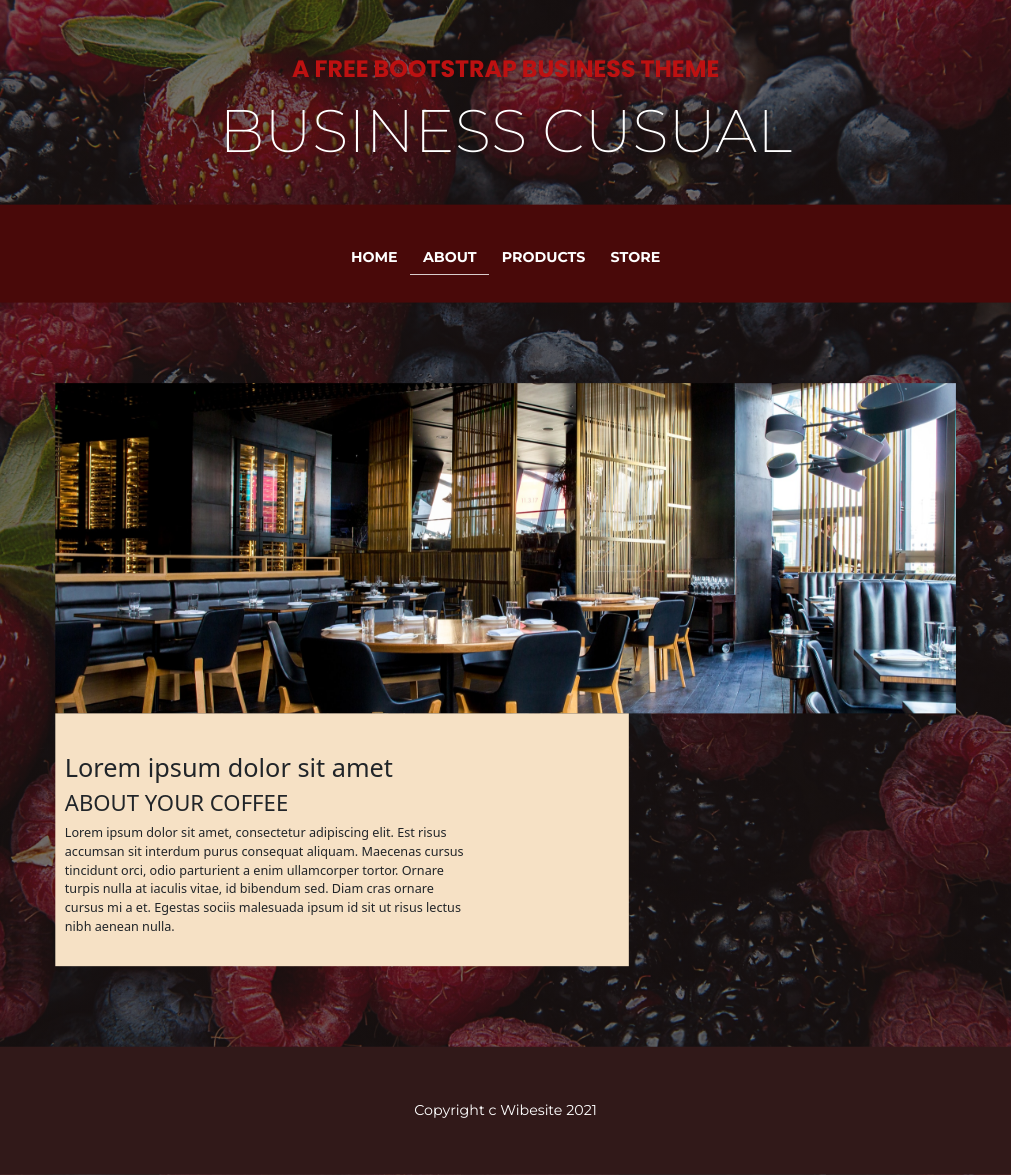
Repository: wadelfadill/tache_7_Business_bootstrap_theme
Page: about.html
An editor plug-in stored every save of this project. The page is shown before and after the next save, followed by the edit.
The browser window is 1280 px wide. The pictures show the whole page, at 79% of full size.

Above is the page before, as saved 2023-04-28 09:41:07.

### about.html
<!DOCTYPE html>
<html lang="en">
<head>
    <meta charset="UTF-8">
    <meta http-equiv="X-UA-Compatible" content="IE=edge">
    <meta name="viewport" content="width=device-width, initial-scale=1.0">
    <!------ title of website ------>
    <title>Business website</title>
    <!------ Bootstrap cdn link ------>
    <link href="https://cdn.jsdelivr.net/npm/bootstrap@5.1.3/dist/css/bootstrap.min.css" rel="stylesheet" integrity="sha384-1BmE4kWBq78iYhFldvKuhfTAU6auU8tT94WrHftjDbrCEXSU1oBoqyl2QvZ6jIW3" crossorigin="anonymous">
    <!------- css link -------------->
    <link rel="stylesheet" href="css/style.css">
    <link rel="stylesheet" href="css/about_style.css">
    <!---------Google Fonts links ---------->
    <link rel="preconnect" href="https://fonts.googleapis.com">
    <link rel="preconnect" href="https://fonts.gstatic.com" crossorigin>
    <link href="https://fonts.googleapis.com/css2?family=Montserrat:wght@100;200;400;700&family=Poppins:wght@700&display=swap" rel="stylesheet">

</head>
<body>
    <!-- ========== Start Header Section ========== -->
    <header id="header">
        <h2 class="first_title text-center">A FREE BOOTSTRAP BUSINESS THEME</h2>
        <h1 class="second_title text-center">BUSINESS CUSUAL</h1>
        <!-- ========== Start navbar  Section ========== -->
        <nav class="my-auto mt-5">
            <div class="container my-auto">
                <ul class="nav justify-content-center">
                    <li class="nav-item">
                      <a class="nav-link" aria-current="page" href="index.html">HOME</a>
                    </li>
                    <li class="nav-item">
                      <a class="nav-link active" href="about.html">ABOUT</a>
                    </li>
                    <li class="nav-item">
                      <a class="nav-link" href="product.html">PRODUCTS</a>
                    </li>
                    <li class="nav-item">
                      <a class="nav-link" href="store.html">STORE</a>
                    </li>
                </ul>
            </div>
        </nav>
        <!-- ========== End navbar  Section ========== -->
    </header>
    <!-- ========== End Header Section ========== -->
    <!-- ========== Start Main Section ========== -->
    <main>
      <section id="section">
        <div class="container">
          <div class="row d-flex flex-column">
            <div class="col-12 photo">

            </div>
            <div class="col-12 box">
              <h2 class="text-start">Lorem ipsum dolor sit amet</h2>
              <h3 class="text-start">ABOUT YOUR COFFEE</h3>
              <p>
                Lorem ipsum dolor sit amet, consectetur adipiscing elit.
                Est risus <br> accumsan sit interdum purus consequat aliquam.
                Maecenas cursus<br> tincidunt orci, odio parturient a enim ullamcorper tortor.
                Ornare <br>turpis nulla at iaculis vitae, id bibendum sed. Diam cras ornare<br>  cursus mi a et.
                Egestas sociis malesuada ipsum id sit ut risus lectus <br> nibh aenean nulla.
              </p>
            </div>
          </div>
        </div>
      </section>
    </main>
    <!-- ========== End Main Section ========== -->
    <footer id="footer">
        <p class="text-center">Copyright c Wibesite 2021</p>
    </footer>



    <!------ Bootstrap script -------->
    <script src="https://cdn.jsdelivr.net/npm/bootstrap@5.1.3/dist/js/bootstrap.bundle.min.js" integrity="sha384-ka7Sk0Gln4gmtz2MlQnikT1wXgYsOg+OMhuP+IlRH9sENBO0LRn5q+8nbTov4+1p" crossorigin="anonymous"></script>
</body>
</html>

### css/style.css
/* ===== General ====== */

:root{
    --red-color: #BD1111;
    --bg-red:#490909;
    --white-color: #FFFFFF;
    --black-color: #000000;
    --bg-beize:#F6E1C5;
    --bg-red-black: #311919;
    --bg-red-opac:rgba(165, 52, 43, 0.69);
    --red-border: #CD5449;
}
*{
    margin: 0;
    padding: 0;
}
body{
    padding: 0;
    margin: 0;
    background-image: linear-gradient(rgba(34, 24, 24, 0.6), rgba(34, 24, 24, 0.6)), url("../images/1.jpeg");
    background-position: center;
    background-size: cover;
    background-repeat: no-repeat;
}
/* ===== squelette ====== */
/* ===== header section ====== */
/* ===== header titles ======= */
#header .first_title{
    font-family: 'Poppins';
    font-style: normal;
    font-weight: 700;
    font-size: 30px;
    line-height: 45px;
    color: var(--red-color);
    margin-top: 65px;
}
#header .second_title{
    font-family: 'Montserrat';
    font-style: normal;
    font-weight: 200;
    font-size: 76px;
    line-height: 93px;
    color: var(--white-color);
}
/* ====== header navbar ======*/
#header nav{
    background: var(--bg-red);
    height: 124px;
}
#header nav ul li{
    margin-top: 48px;
}
#header nav a{
    font-family: 'Montserrat';
    font-style: normal;
    font-weight: 700;
    font-size: 18px;
    line-height: 22px;
    color: var(--white-color);
}
#header nav a.active{
    padding-bottom: 10px;
    border-bottom: 1px solid white;
}
/* ==== Main section ==========*/
/* main{
    height: 1000px;
} */
/* ====== footer section ====== */
#footer{
    height: 162px;
    background: var(--bg-red-black);
    padding-top: 70px;
}
#footer p{
    font-family: 'Montserrat';
    font-style: normal;
    font-weight: 400;
    font-size: 18px;
    line-height: 22px;
    color: var(--white-color);
}


/* ===== responsive css ======*/
@media screen and (max-width:550px) {
    #header .second_title{
        font-size: 30px;
    }
    #header nav{
        height: max-content;
        padding-bottom: 40px;
    }
}

### css/about_style.css
/* ===== General ====== */

:root{
    --red-color: #BD1111;
    --bg-red:#490909;
    --white-color: #FFFFFF;
    --black-color: #000000;
    --bg-beize:#F6E1C5;
    --bg-red-black: #311919;
    --bg-red-opac:rgba(165, 52, 43, 0.69);
    --red-border: #CD5449;
}

/* ===== section =======*/
#section{
    margin-top: 102px;
    margin-bottom: 102px;
}
#section .photo{
    align-self: center;
    max-width: 1168px;
    height: 418px;
    background: url("../images/img-tous.png");
}
#section .box{
    width: 726px;
    height: 320px;
    background: var(--bg-beize);
    padding-top: 50px;
    padding-bottom: 50px;
}

After the next save:
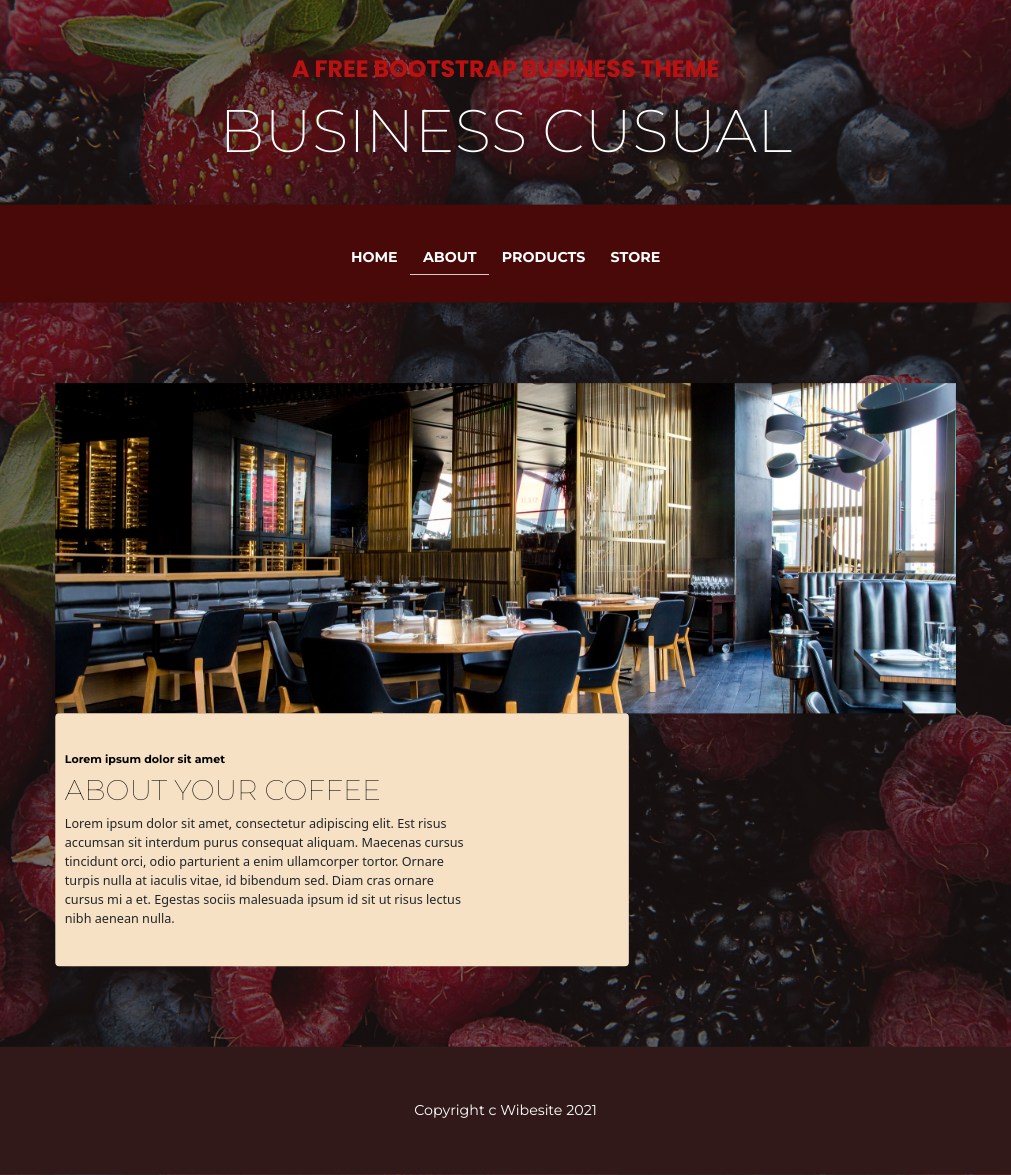
Saved 2 min 7 s later.
--- a/css/about_style.css
+++ b/css/about_style.css
@@ -28,4 +28,22 @@
     background: var(--bg-beize);
     padding-top: 50px;
     padding-bottom: 50px;
+    border-radius: 5px;
 }
+#section .box h2{
+    font-family: 'Montserrat';
+    font-style: normal;
+    font-weight: 700;
+    font-size: 14px;
+    line-height: 17px;
+    color: #000000;
+}
+#section .box h3{
+    font-family: 'Montserrat';
+    font-style: normal;
+    font-weight: 100;
+    font-size: 36px;
+    line-height: 44px;
+    color: #000000;
+
+}
